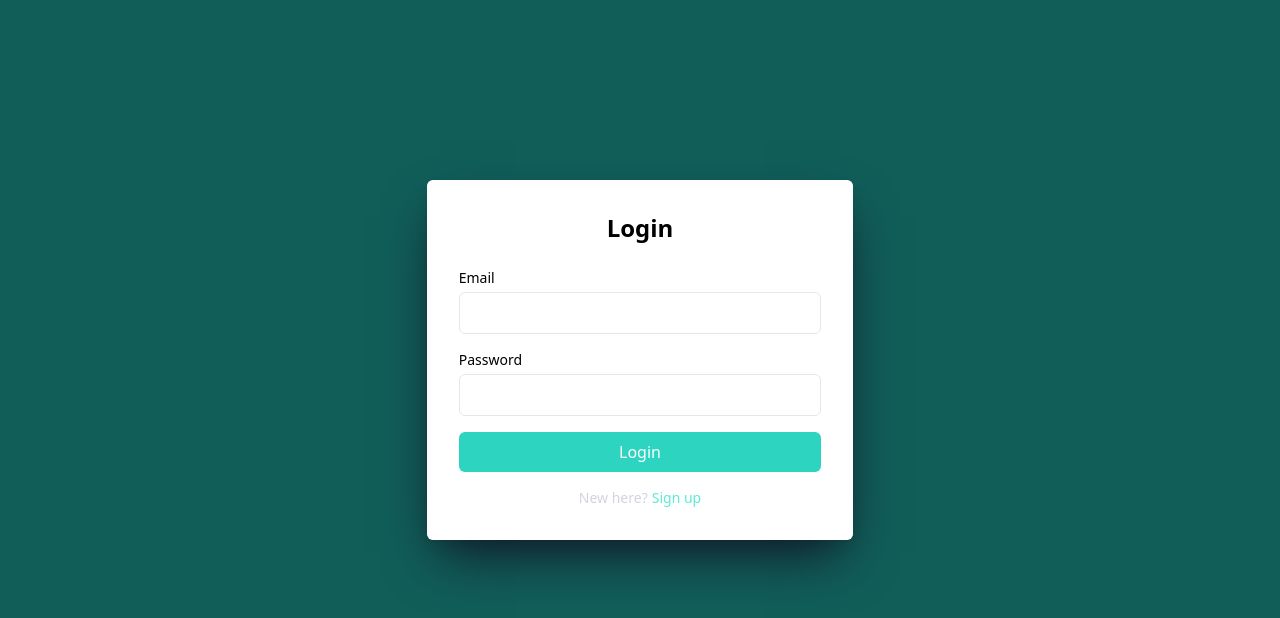
Repository: alizey12/POS-React-website
Page: /
An editor plug-in stored every save of this project. The page is shown before and after the next save, followed by the edit.
The browser window is 1280 px wide. The pictures show the whole page.
The project was rebuilt for these pictures with package versions that can differ from the ones it lists, and the page was loaded fresh each time. Also part of the build but not shown: vite.config.js, src/navbar.jsx, src/sidebar.jsx, src/Dashboard.jsx.

Above is the page before, as saved 2024-12-30 22:56:41.

After the next save:
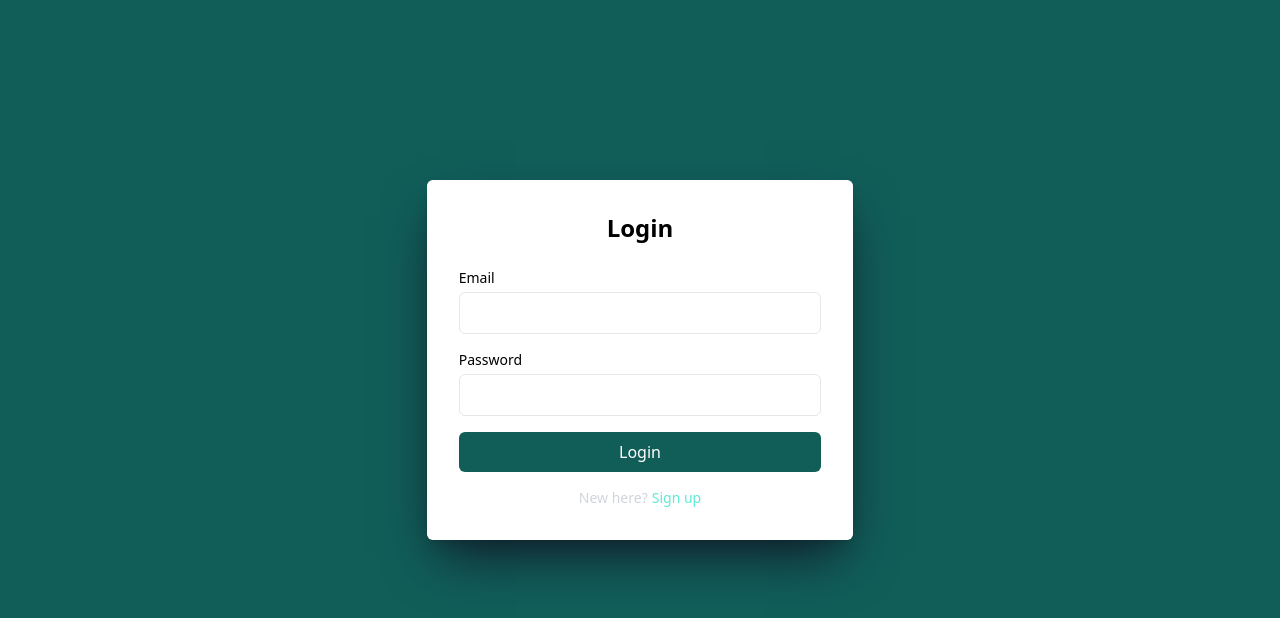
Saved 16 h 32 min later.
--- a/src/login.jsx
+++ b/src/login.jsx
@@ -98,7 +98,7 @@ const SignupLogin = () => {
             )}
             <button
               type="submit"
-              className="w-full bg-teal-400 text-white p-2 rounded-md hover:bg-teal-200 focus:outline-none focus:ring-2 focus:ring-blue-500 focus:ring-offset-2"
+              className="w-full bg-teal-800 text-white p-2 rounded-md hover:bg-teal-200 focus:outline-none focus:ring-2 focus:ring-blue-500 focus:ring-offset-2"
             >
               {isLogin ? 'Login' : 'Sign Up'}
             </button>
